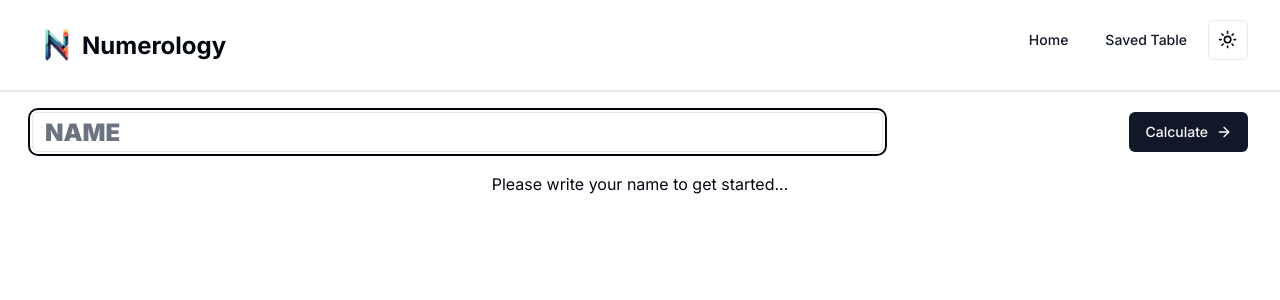
Repository: RaghunadhSahitDruvam/mynumerology
Page: /
These files come from the project's save history. The page is drawn as it stood at one moment and after the next save; the edit follows.
The browser window is 1280 px wide. The pictures show the whole page.
The project was rebuilt for these pictures with package versions that can differ from the ones it lists, and the page was loaded fresh each time. The framework's server and built-in components were replaced by stand-ins that run in the browser. Also part of the build but not shown: next.config.js, components/ui/alert-dialog.tsx.

Above is the page before, as saved 2023-12-21 16:08:39.

### app/layout.tsx
import type { Metadata } from "next";
import { Inter } from "next/font/google";
import "./globals.css";
import { ThemeProvider } from "@/components/theme-provider";

const inter = Inter({ subsets: ["latin"] });

export const metadata: Metadata = {
  title: "Numerology",
  description: "Officially designed by ⭐ Raghunadh ⭐",
};

export default function RootLayout({
  children,
}: {
  children: React.ReactNode;
}) {
  return (
    <html lang="en">
      <body className={inter.className}>
        {" "}
        <ThemeProvider
          attribute="class"
          defaultTheme="system"
          enableSystem
          disableTransitionOnChange
        >
          {children}
          {/* <Toaster /> */}
        </ThemeProvider>
      </body>
    </html>
  );
}

### app/page.tsx
// @ts-nocheck
"use client";
import React, { useEffect, useRef, useState } from "react";
import { Input } from "@/components/ui/input";
import { ToastContainer, toast } from "react-toastify";
import "react-toastify/dist/ReactToastify.css";

import { Button } from "@/components/ui/button";
import { ArrowRight } from "lucide-react";
import axios from "axios";
import Header from "@/components/header";
import { useRouter, useSearchParams } from "next/navigation";
import Link from "next/link";
import {
  AlertDialog,
  AlertDialogAction,
  AlertDialogCancel,
  AlertDialogContent,
  AlertDialogDescription,
  AlertDialogFooter,
  AlertDialogHeader,
  AlertDialogTitle,
  AlertDialogTrigger,
} from "@/components/ui/alert-dialog";

interface DataSource {
  name_g2_block?: string;
  name_g3_block?: string;
  g2tot?: number;
  g2vtot?: number;
  g2nettot?: number;
  g3tot?: number;
  g3vtot?: number;
  g3nettot?: number;
  tot_letters?: number;
}

const Page: React.FC = () => {
  let [textName, setTextName] = useState<string>("");
  const [dataSource, setDataSource] = useState<DataSource | null>(null);
  const [loading, setLoading] = useState<boolean>(false);
  const searchParams = useSearchParams();
  let search = searchParams.get("name");
  const router = useRouter();
  const saveHandler = async (dataSource: DataSource) => {
    setLoading(true);
    await axios
      .post("/api/save", {
        chaldean: dataSource.name_g2_block,
        pythogorous: dataSource.name_g3_block,
        tot_letters: dataSource.tot_letters,
        g2tot: dataSource.g2tot,
        g3tot: dataSource.g3tot,
        g2vtot: dataSource.g2vtot,
        g3vtot: dataSource.g3vtot,
        g2nettot: dataSource.g2nettot,
        g3nettot: dataSource.g3nettot,
      })
      .then((res) => {
        setLoading(false);
        toast.success("Name successfully added to Database ⭐!");
      })
      .catch((err) => toast.error(err));
  };

  useEffect(() => {
    // Set initial value only if it's different from the current state
    if (search !== null && search !== textName) {
      setTextName(search);
    }
  }, [search, textName]);

  const inputFocusRef = useRef(null);
  const buttonRef = useRef(null);
  useEffect(() => {
    inputFocusRef.current.focus();
    if (search !== null) {
      if (buttonRef.current) {
        buttonRef.current.click();
      }
    }
  }, []);
  const submitHandler = (e: React.FormEvent<HTMLFormElement>) => {
    e.preventDefault();
    axios
      .get(`https://phinzi.com/convert?name=${textName}`)
      .then((res) => setDataSource(res.data));
  };

  const updateURL = (newTextName: string) => {
    // Update the URL without a page reload
    router.push(
      `?name=${encodeURIComponent(
        newTextName
          .replaceAll(".", "")
          .replaceAll(",", "")
          .replaceAll(" - ", "")
          .replaceAll("-", "")
          .replaceAll(";", "")
          .replaceAll("(", "")
          .replaceAll(")", "")
          .replaceAll("  ", " ")
          .replaceAll("[", "")
          .replaceAll("]", "")
      )}`
    );
  };

  return loading ? (
    <div className="flex items-center justify-center h-screen bg-gray-100">
      <div className="animate-spin h-12 w-12 border-t-2 border-b-2 border-gray-900 rounded-full" />
    </div>
  ) : (
    <div className="">
      <Header />

      <div>
        <form
          className="container gap flex justify-between"
          onSubmit={(e) => submitHandler(e)}
        >
          <Input
            type="text"
            placeholder="Name"
            className="w-[70%]"
            value={textName
              .replaceAll(".", "")
              .replaceAll(",", "")
              .replaceAll(" - ", "")
              .replaceAll("-", "")
              .replaceAll(";", "")
              .replaceAll("(", "")
              .replaceAll(")", "")
              .replaceAll("  ", " ")
              .replaceAll("[", "")
              .replaceAll("]", "")}
            ref={inputFocusRef}
            onChange={(e) => {
              const newValue = e.target.value;
              setTextName(newValue);
              updateURL(newValue); // Update the URL when input changes
            }}
          />

          <Button type="submit" ref={buttonRef}>
            Calculate <ArrowRight className="ml-2 h-4 w-4" />
          </Button>
        </form>
      </div>
      {dataSource ? (
        <>
          <div className="container mt-[30px] flex items-start justify-start">
            <table
              border={2}
              className="border-4dark:border-white border-yellow-600"
            >
              <thead className="border-4 dark:border-white border-yellow-600 p-[20px]">
                <tr className="border-4 dark:border-white border-yellow-600">
                  <th className="border-4 dark:border-white border-yellow-600 bg-green-600 text-white  text-2xl font-[900]">
                    Grp.
                  </th>
                  <th className="border-4 dark:border-white border-yellow-600 bg-green-600 text-white  text-2xl font-[900]">
                    Name
                  </th>
                  <th className="border-4 dark:border-white border-yellow-600 bg-green-600 text-white  text-2xl font-[900]">
                    Total
                  </th>
                  <th className="border-4  dark:border-white border-yellow-600 bg-green-600 text-white  text-2xl font-[900]">
                    V
                  </th>
                  <th className="border-4px-[10px]  dark:border-white border-yellow-600 bg-green-600 text-white  text-2xl font-[900] text-2xl">
                    C
                  </th>
                </tr>
              </thead>
              <tbody className="border-4 dark:border-white border-yellow-600 text-[#960084] font-[900]">
                <tr className="border-4 dark:border-white border-yellow-600">
                  <td className="border-4 dark:border-white border-yellow-600 bg-green-600 text-white  text-2xl ">
                    C
                  </td>
                  <td className=" border-4 dark:border-white border-yellow-600 ">
                    <table
                      className=" table-padding text-2xl"
                      dangerouslySetInnerHTML={{
                        __html:
                          typeof dataSource !== "undefined" &&
                          dataSource?.name_g2_block,
                      }}
                    ></table>
                  </td>

                  <td className="border-4 dark:border-white border-yellow-600 text-2xl bg-green-600 text-white ">
                    {dataSource?.g2tot}
                  </td>
                  <td className="border-4 dark:border-white border-yellow-600 text-2xl bg-green-600 text-white ">
                    {" "}
                    {dataSource?.g2vtot}
                  </td>
                  <td className="border-4 dark:border-white border-yellow-600 text-2xl bg-green-600 text-white ">
                    {" "}
                    {dataSource?.g2nettot}
                  </td>
                </tr>
                <tr className="border-4 dark:border-white border-yellow-600">
                  <td className="border-4 dark:border-white border-yellow-600 bg-green-600 text-white  text-2xl ">
                    P
                  </td>
                  <td className=" border-4 dark:border-white border-yellow-600">
                    <table
                      className=" table-padding text-2xl"
                      dangerouslySetInnerHTML={{
                        __html:
                          typeof dataSource !== "undefined" &&
                          dataSource?.name_g3_block,
                      }}
                    ></table>
                  </td>

                  <td className="border-4 dark:border-white border-yellow-600 text-2xl bg-green-600 text-white ">
                    {dataSource?.g3tot}
                  </td>
                  <td className="border-4 dark:border-white border-yellow-600 text-2xl bg-green-600 text-white ">
                    {" "}
                    {dataSource?.g3vtot}
                  </td>
                  <td className="border-4 dark:border-white border-yellow-600 text-2xl bg-green-600 text-white ">
                    {" "}
                    {dataSource?.g3nettot}
                  </td>
                </tr>
              </tbody>
            </table>
          </div>
          <div className="container flex  items-start mt-[10px] justify-between">
            {" "}
            <span className="text-green-600  text-2xl font-[900]">
              Total Letters - {dataSource?.tot_letters}
            </span>
            <div className="">
              {/* <Button variant={"default"} className="mr-[10px]"> */}
              <AlertDialog>
                <AlertDialogTrigger>
                  <Button variant={"default"} className="mr-[10px]">
                    Save
                  </Button>
                </AlertDialogTrigger>
                <AlertDialogContent>
                  <AlertDialogHeader>
                    <AlertDialogTitle>
                      Are you absolutely sure?
                    </AlertDialogTitle>
                    <AlertDialogDescription>
                      Do you want to save this name -{" "}
                      <b>{textName.toUpperCase()}</b> ?
                    </AlertDialogDescription>
                  </AlertDialogHeader>
                  <AlertDialogFooter>
                    <AlertDialogCancel>Cancel</AlertDialogCancel>
                    <AlertDialogAction onClick={() => saveHandler(dataSource)}>
                      Continue
                    </AlertDialogAction>
                  </AlertDialogFooter>
                </AlertDialogContent>
              </AlertDialog>
              {/* </Button> */}
              <Link href={"/"}>
                <Button
                  variant={"destructive"}
                  onClick={() => {
                    setTextName(null);
                    setDataSource(null);
                  }}
                >
                  Cancel
                </Button>
              </Link>
            </div>
          </div>
        </>
      ) : (
        <>
          <div className="container flex justify-center align-middle">
            <h1>Please write your name to get started...</h1>
          </div>
        </>
      )}
      <ToastContainer
        position="top-right"
        autoClose={5000}
        hideProgressBar={false}
        newestOnTop={false}
        closeOnClick
        rtl={false}
        pauseOnFocusLoss
        draggable
        pauseOnHover
        theme="colored"
      />
    </div>
  );
};

export default Page;

### app/globals.css
@tailwind base;
@tailwind components;
@tailwind utilities;

@layer base {
  :root {
    --background: 0 0% 100%;
    --foreground: 224 71.4% 4.1%;

    --card: 0 0% 100%;
    --card-foreground: 224 71.4% 4.1%;

    --popover: 0 0% 100%;
    --popover-foreground: 224 71.4% 4.1%;

    --primary: 220.9 39.3% 11%;
    --primary-foreground: 210 20% 98%;

    --secondary: 220 14.3% 95.9%;
    --secondary-foreground: 220.9 39.3% 11%;

    --muted: 220 14.3% 95.9%;
    --muted-foreground: 220 8.9% 46.1%;

    --accent: 220 14.3% 95.9%;
    --accent-foreground: 220.9 39.3% 11%;

    --destructive: 0 84.2% 60.2%;
    --destructive-foreground: 210 20% 98%;

    --border: 220 13% 91%;
    --input: 220 13% 91%;
    --ring: 224 71.4% 4.1%;

    --radius: 0.5rem;
  }

  .dark {
    --background: 224 71.4% 4.1%;
    --foreground: 210 20% 98%;

    --card: 224 71.4% 4.1%;
    --card-foreground: 210 20% 98%;

    --popover: 224 71.4% 4.1%;
    --popover-foreground: 210 20% 98%;

    --primary: 210 20% 98%;
    --primary-foreground: 220.9 39.3% 11%;

    --secondary: 215 27.9% 16.9%;
    --secondary-foreground: 210 20% 98%;

    --muted: 215 27.9% 16.9%;
    --muted-foreground: 217.9 10.6% 64.9%;

    --accent: 215 27.9% 16.9%;
    --accent-foreground: 210 20% 98%;

    --destructive: 0 62.8% 30.6%;
    --destructive-foreground: 210 20% 98%;

    --border: 215 27.9% 16.9%;
    --input: 215 27.9% 16.9%;
    --ring: 216 12.2% 83.9%;
  }
}

@layer base {
  * {
    @apply border-border;
  }
  body {
    @apply bg-background text-foreground;
  }
  .container {
    @apply mx-[50px];
  }
  .mainHeading {
    @apply text-2xl font-bold;
  }
  .gap {
    @apply my-[20px];
  }
  .table-padding tbody > tr > td {
    @apply px-[15px];
  }
}

### components/ui/input.tsx
import * as React from "react";

import { cn } from "@/lib/utils";

export interface InputProps
  extends React.InputHTMLAttributes<HTMLInputElement> {}

const Input = React.forwardRef<HTMLInputElement, InputProps>(
  ({ className, type, ...props }, ref) => {
    return (
      <input
        type={type}
        className={cn(
          "flex h-10 w-full rounded-md border border-pink-600 border-input uppercase text-2xl bg-background text-blue-600 font-[1000] px-3 py-2  ring-offset-background file:border-0 file:bg-transparent file:text-sm file:font-medium placeholder:text-muted-foreground focus-visible:outline-none focus-visible:ring-2 focus-visible:ring-ring focus-visible:ring-offset-2 foc disabled:cursor-not-allowed disabled:opacity-50",
          className
        )}
        ref={ref}
        {...props}
      />
    );
  }
);
Input.displayName = "Input";

export { Input };

### components/ui/button.tsx
import * as React from "react"
import { Slot } from "@radix-ui/react-slot"
import { cva, type VariantProps } from "class-variance-authority"

import { cn } from "@/lib/utils"

const buttonVariants = cva(
  "inline-flex items-center justify-center rounded-md text-sm font-medium ring-offset-background transition-colors focus-visible:outline-none focus-visible:ring-2 focus-visible:ring-ring focus-visible:ring-offset-2 disabled:pointer-events-none disabled:opacity-50",
  {
    variants: {
      variant: {
        default: "bg-primary text-primary-foreground hover:bg-primary/90",
        destructive:
          "bg-destructive text-destructive-foreground hover:bg-destructive/90",
        outline:
          "border border-input bg-background hover:bg-accent hover:text-accent-foreground",
        secondary:
          "bg-secondary text-secondary-foreground hover:bg-secondary/80",
        ghost: "hover:bg-accent hover:text-accent-foreground",
        link: "text-primary underline-offset-4 hover:underline",
      },
      size: {
        default: "h-10 px-4 py-2",
        sm: "h-9 rounded-md px-3",
        lg: "h-11 rounded-md px-8",
        icon: "h-10 w-10",
      },
    },
    defaultVariants: {
      variant: "default",
      size: "default",
    },
  }
)

export interface ButtonProps
  extends React.ButtonHTMLAttributes<HTMLButtonElement>,
    VariantProps<typeof buttonVariants> {
  asChild?: boolean
}

const Button = React.forwardRef<HTMLButtonElement, ButtonProps>(
  ({ className, variant, size, asChild = false, ...props }, ref) => {
    const Comp = asChild ? Slot : "button"
    return (
      <Comp
        className={cn(buttonVariants({ variant, size, className }))}
        ref={ref}
        {...props}
      />
    )
  }
)
Button.displayName = "Button"

export { Button, buttonVariants }

### components/header.tsx
import React from "react";
import { ModeToggle } from "./mode";
import Link from "next/link";
import Image from "next/image";
import { Badge } from "./ui/badge";
import { Button } from "./ui/button";

const Header = () => {
  return (
    <div className={``}>
      <div className="flex my-[20px] mainHeading justify-between  container ">
        <Link href={"/"} className="flex align-middle text-center ">
          <Image src={"/images/logo.png"} alt="logo" height={50} width={50} />
          <span className="mt-[10px]">Numerology</span>
        </Link>
        <div className="flex gap-[5px]">
          <Link href={"/"}>
            <Button variant={"link"}>Home</Button>{" "}
          </Link>
          <Link href={"/data"}>
            <Button variant={"link"}>Saved Table</Button>{" "}
          </Link>
          <ModeToggle />
        </div>
      </div>
      <div className="border-b-2"></div>
    </div>
  );
};

export default Header;

### components/mode.tsx
"use client";

import * as React from "react";
import { Moon, Sun } from "lucide-react";
import { useTheme } from "next-themes";

import { Button } from "@/components/ui/button";
import {
  DropdownMenu,
  DropdownMenuContent,
  DropdownMenuItem,
  DropdownMenuTrigger,
} from "@/components/ui/dropdown-menu";

export function ModeToggle() {
  const { setTheme } = useTheme();

  return (
    <DropdownMenu>
      <DropdownMenuTrigger asChild>
        <Button variant="outline" size="icon" className="align-middle">
          <Sun className="h-[1.2rem]  w-[1.2rem] rotate-0 scale-100 transition-all dark:-rotate-90 dark:scale-0" />
          <Moon className="absolute  h-[1.2rem] w-[1.2rem] rotate-90 scale-0 transition-all dark:rotate-0 dark:scale-100" />
          <span className="sr-only">Toggle theme</span>
        </Button>
      </DropdownMenuTrigger>
      <DropdownMenuContent align="end">
        <DropdownMenuItem onClick={() => setTheme("light")}>
          Light
        </DropdownMenuItem>
        <DropdownMenuItem onClick={() => setTheme("dark")}>
          Dark
        </DropdownMenuItem>
        <DropdownMenuItem onClick={() => setTheme("system")}>
          System
        </DropdownMenuItem>
      </DropdownMenuContent>
    </DropdownMenu>
  );
}

### components/ui/dropdown-menu.tsx
import * as React from "react"
import * as DropdownMenuPrimitive from "@radix-ui/react-dropdown-menu"
import { Check, ChevronRight, Circle } from "lucide-react"

import { cn } from "@/lib/utils"

const DropdownMenu = DropdownMenuPrimitive.Root

const DropdownMenuTrigger = DropdownMenuPrimitive.Trigger

const DropdownMenuGroup = DropdownMenuPrimitive.Group

const DropdownMenuPortal = DropdownMenuPrimitive.Portal

const DropdownMenuSub = DropdownMenuPrimitive.Sub

const DropdownMenuRadioGroup = DropdownMenuPrimitive.RadioGroup

const DropdownMenuSubTrigger = React.forwardRef<
  React.ElementRef<typeof DropdownMenuPrimitive.SubTrigger>,
  React.ComponentPropsWithoutRef<typeof DropdownMenuPrimitive.SubTrigger> & {
    inset?: boolean
  }
>(({ className, inset, children, ...props }, ref) => (
  <DropdownMenuPrimitive.SubTrigger
    ref={ref}
    className={cn(
      "flex cursor-default select-none items-center rounded-sm px-2 py-1.5 text-sm outline-none focus:bg-accent data-[state=open]:bg-accent",
      inset && "pl-8",
      className
    )}
    {...props}
  >
    {children}
    <ChevronRight className="ml-auto h-4 w-4" />
  </DropdownMenuPrimitive.SubTrigger>
))
DropdownMenuSubTrigger.displayName =
  DropdownMenuPrimitive.SubTrigger.displayName

const DropdownMenuSubContent = React.forwardRef<
  React.ElementRef<typeof DropdownMenuPrimitive.SubContent>,
  React.ComponentPropsWithoutRef<typeof DropdownMenuPrimitive.SubContent>
>(({ className, ...props }, ref) => (
  <DropdownMenuPrimitive.SubContent
    ref={ref}
    className={cn(
      "z-50 min-w-[8rem] overflow-hidden rounded-md border bg-popover p-1 text-popover-foreground shadow-lg data-[state=open]:animate-in data-[state=closed]:animate-out data-[state=closed]:fade-out-0 data-[state=open]:fade-in-0 data-[state=closed]:zoom-out-95 data-[state=open]:zoom-in-95 data-[side=bottom]:slide-in-from-top-2 data-[side=left]:slide-in-from-right-2 data-[side=right]:slide-in-from-left-2 data-[side=top]:slide-in-from-bottom-2",
      className
    )}
    {...props}
  />
))
DropdownMenuSubContent.displayName =
  DropdownMenuPrimitive.SubContent.displayName

const DropdownMenuContent = React.forwardRef<
  React.ElementRef<typeof DropdownMenuPrimitive.Content>,
  React.ComponentPropsWithoutRef<typeof DropdownMenuPrimitive.Content>
>(({ className, sideOffset = 4, ...props }, ref) => (
  <DropdownMenuPrimitive.Portal>
    <DropdownMenuPrimitive.Content
      ref={ref}
      sideOffset={sideOffset}
      className={cn(
        "z-50 min-w-[8rem] overflow-hidden rounded-md border bg-popover p-1 text-popover-foreground shadow-md data-[state=open]:animate-in data-[state=closed]:animate-out data-[state=closed]:fade-out-0 data-[state=open]:fade-in-0 data-[state=closed]:zoom-out-95 data-[state=open]:zoom-in-95 data-[side=bottom]:slide-in-from-top-2 data-[side=left]:slide-in-from-right-2 data-[side=right]:slide-in-from-left-2 data-[side=top]:slide-in-from-bottom-2",
        className
      )}
      {...props}
    />
  </DropdownMenuPrimitive.Portal>
))
DropdownMenuContent.displayName = DropdownMenuPrimitive.Content.displayName

const DropdownMenuItem = React.forwardRef<
  React.ElementRef<typeof DropdownMenuPrimitive.Item>,
  React.ComponentPropsWithoutRef<typeof DropdownMenuPrimitive.Item> & {
    inset?: boolean
  }
>(({ className, inset, ...props }, ref) => (
  <DropdownMenuPrimitive.Item
    ref={ref}
    className={cn(
      "relative flex cursor-default select-none items-center rounded-sm px-2 py-1.5 text-sm outline-none transition-colors focus:bg-accent focus:text-accent-foreground data-[disabled]:pointer-events-none data-[disabled]:opacity-50",
      inset && "pl-8",
      className
    )}
    {...props}
  />
))
DropdownMenuItem.displayName = DropdownMenuPrimitive.Item.displayName

const DropdownMenuCheckboxItem = React.forwardRef<
  React.ElementRef<typeof DropdownMenuPrimitive.CheckboxItem>,
  React.ComponentPropsWithoutRef<typeof DropdownMenuPrimitive.CheckboxItem>
>(({ className, children, checked, ...props }, ref) => (
  <DropdownMenuPrimitive.CheckboxItem
    ref={ref}
    className={cn(
      "relative flex cursor-default select-none items-center rounded-sm py-1.5 pl-8 pr-2 text-sm outline-none transition-colors focus:bg-accent focus:text-accent-foreground data-[disabled]:pointer-events-none data-[disabled]:opacity-50",
      className
    )}
    checked={checked}
    {...props}
  >
    <span className="absolute left-2 flex h-3.5 w-3.5 items-center justify-center">
      <DropdownMenuPrimitive.ItemIndicator>
        <Check className="h-4 w-4" />
      </DropdownMenuPrimitive.ItemIndicator>
    </span>
    {children}
  </DropdownMenuPrimitive.CheckboxItem>
))
DropdownMenuCheckboxItem.displayName =
  DropdownMenuPrimitive.CheckboxItem.displayName

const DropdownMenuRadioItem = React.forwardRef<
  React.ElementRef<typeof DropdownMenuPrimitive.RadioItem>,
  React.ComponentPropsWithoutRef<typeof DropdownMenuPrimitive.RadioItem>
>(({ className, children, ...props }, ref) => (
  <DropdownMenuPrimitive.RadioItem
    ref={ref}
    className={cn(
      "relative flex cursor-default select-none items-center rounded-sm py-1.5 pl-8 pr-2 text-sm outline-none transition-colors focus:bg-accent focus:text-accent-foreground data-[disabled]:pointer-events-none data-[disabled]:opacity-50",
      className
    )}
    {...props}
  >
    <span className="absolute left-2 flex h-3.5 w-3.5 items-center justify-center">
      <DropdownMenuPrimitive.ItemIndicator>
        <Circle className="h-2 w-2 fill-current" />
      </DropdownMenuPrimitive.ItemIndicator>
    </span>
    {children}
  </DropdownMenuPrimitive.RadioItem>
))
DropdownMenuRadioItem.displayName = DropdownMenuPrimitive.RadioItem.displayName

const DropdownMenuLabel = React.forwardRef<
  React.ElementRef<typeof DropdownMenuPrimitive.Label>,
  React.ComponentPropsWithoutRef<typeof DropdownMenuPrimitive.Label> & {
    inset?: boolean
  }
>(({ className, inset, ...props }, ref) => (
  <DropdownMenuPrimitive.Label
    ref={ref}
    className={cn(
      "px-2 py-1.5 text-sm font-semibold",
      inset && "pl-8",
      className
    )}
    {...props}
  />
))
DropdownMenuLabel.displayName = DropdownMenuPrimitive.Label.displayName

const DropdownMenuSeparator = React.forwardRef<
  React.ElementRef<typeof DropdownMenuPrimitive.Separator>,
  React.ComponentPropsWithoutRef<typeof DropdownMenuPrimitive.Separator>
>(({ className, ...props }, ref) => (
  <DropdownMenuPrimitive.Separator
    ref={ref}
    className={cn("-mx-1 my-1 h-px bg-muted", className)}
    {...props}
  />
))
DropdownMenuSeparator.displayName = DropdownMenuPrimitive.Separator.displayName

const DropdownMenuShortcut = ({
  className,
  ...props
}: React.HTMLAttributes<HTMLSpanElement>) => {
  return (
    <span
      className={cn("ml-auto text-xs tracking-widest opacity-60", className)}
      {...props}
    />
  )
}
DropdownMenuShortcut.displayName = "DropdownMenuShortcut"

export {
  DropdownMenu,
  DropdownMenuTrigger,
  DropdownMenuContent,
  DropdownMenuItem,
  DropdownMenuCheckboxItem,
  DropdownMenuRadioItem,
  DropdownMenuLabel,
  DropdownMenuSeparator,
  DropdownMenuShortcut,
  DropdownMenuGroup,
  DropdownMenuPortal,
  DropdownMenuSub,
  DropdownMenuSubContent,
  DropdownMenuSubTrigger,
  DropdownMenuRadioGroup,
}

Loaded but not shown: components/theme-provider.tsx (common file); lib/utils.ts (common file); tailwind.config.js (common file)

After the next save:
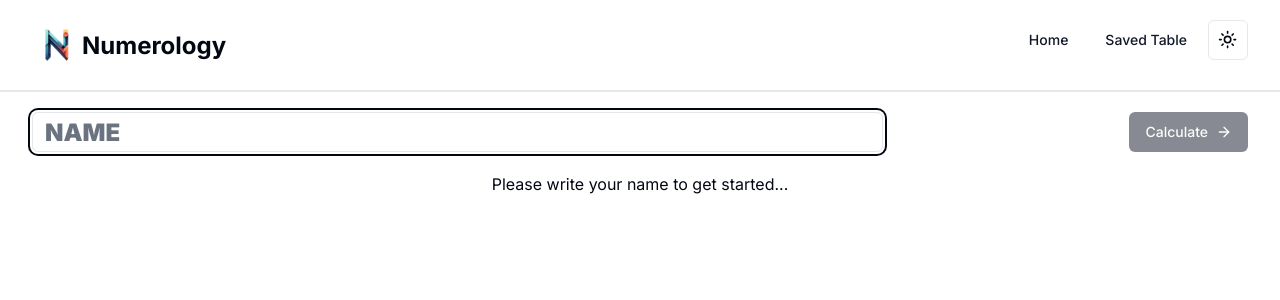
Saved 2 min 39 s later.
--- a/app/page.tsx
+++ b/app/page.tsx
@@ -142,7 +142,11 @@ const Page: React.FC = () => {
             }}
           />
 
-          <Button type="submit" ref={buttonRef}>
+          <Button
+            type="submit"
+            ref={buttonRef}
+            disabled={textName.length === 0}
+          >
             Calculate <ArrowRight className="ml-2 h-4 w-4" />
           </Button>
         </form>
